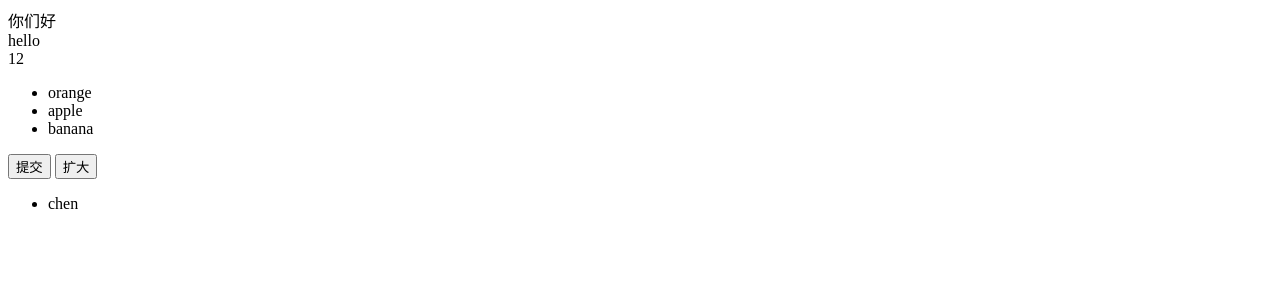
Repository: chenguocan/Vue_component
Page: props属性值类型.html
The author's editor kept a copy of each file at every save. The page is drawn from the files as they stood at one save, then again after the next save.
The browser window is 1280 px wide. The pictures show the whole page.

Above is the page before, as saved 2020-07-23 15:39:52.

After the next save:
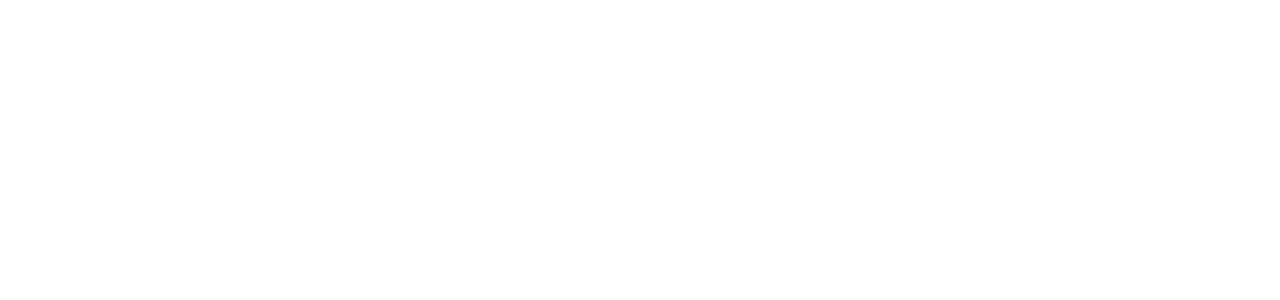
Saved 42 s later.
--- a/props属性值类型.html
+++ b/props属性值类型.html
@@ -7,7 +7,7 @@
   </head>
   <body>
     <div id="app">
-      <div>你们好</div>
+      <div v-bind:style={font-size:font-size+"px"}>你们好</div>
       <item-com
         :title="str"
         :num="12"

After the save that followed:
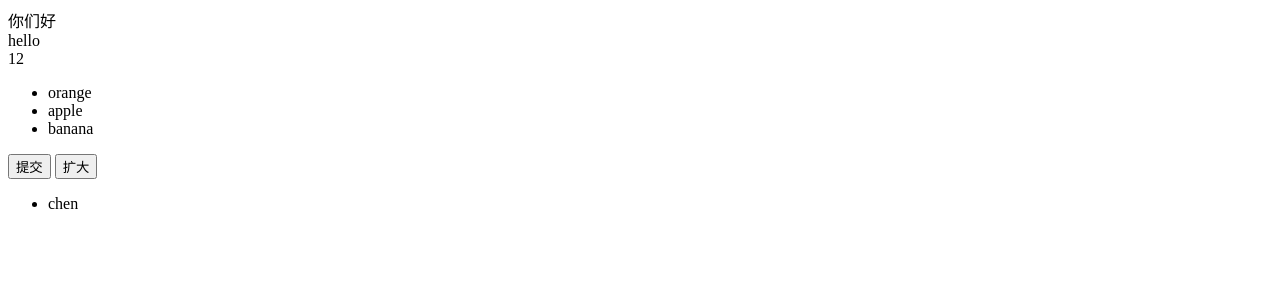
Saved 13 s later.
--- a/props属性值类型.html
+++ b/props属性值类型.html
@@ -7,7 +7,7 @@
   </head>
   <body>
     <div id="app">
-      <div v-bind:style={font-size:font-size+"px"}>你们好</div>
+      <div v-bind:style={fontSize:fontSize+"px"}>你们好</div>
       <item-com
         :title="str"
         :num="12"
